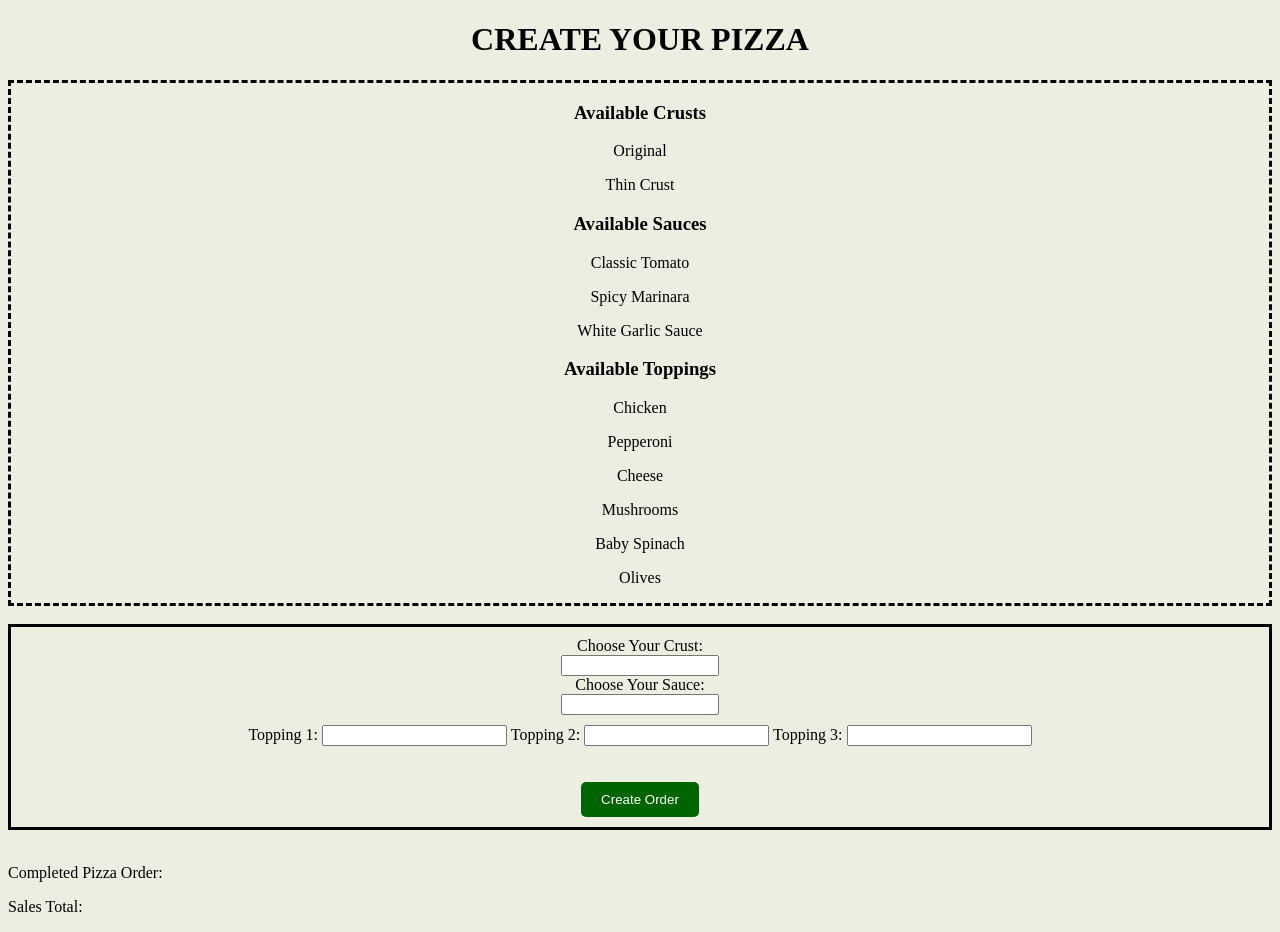
Repository: EmmanuelMefor/Pizza-order
Page: index.html
These files come from the project's save history. The page is drawn as it stood at one moment and after the next save; the edit follows.
The browser window is 1280 px wide. The pictures show the whole page.
The pointer rests on the first visible `#btn`.
Some web fonts or font styles are not loaded; a fallback is used.

Above is the page before, as saved 2024-01-05 21:05:14.
Console error: ReferenceError: Btn is not defined

After the next save:
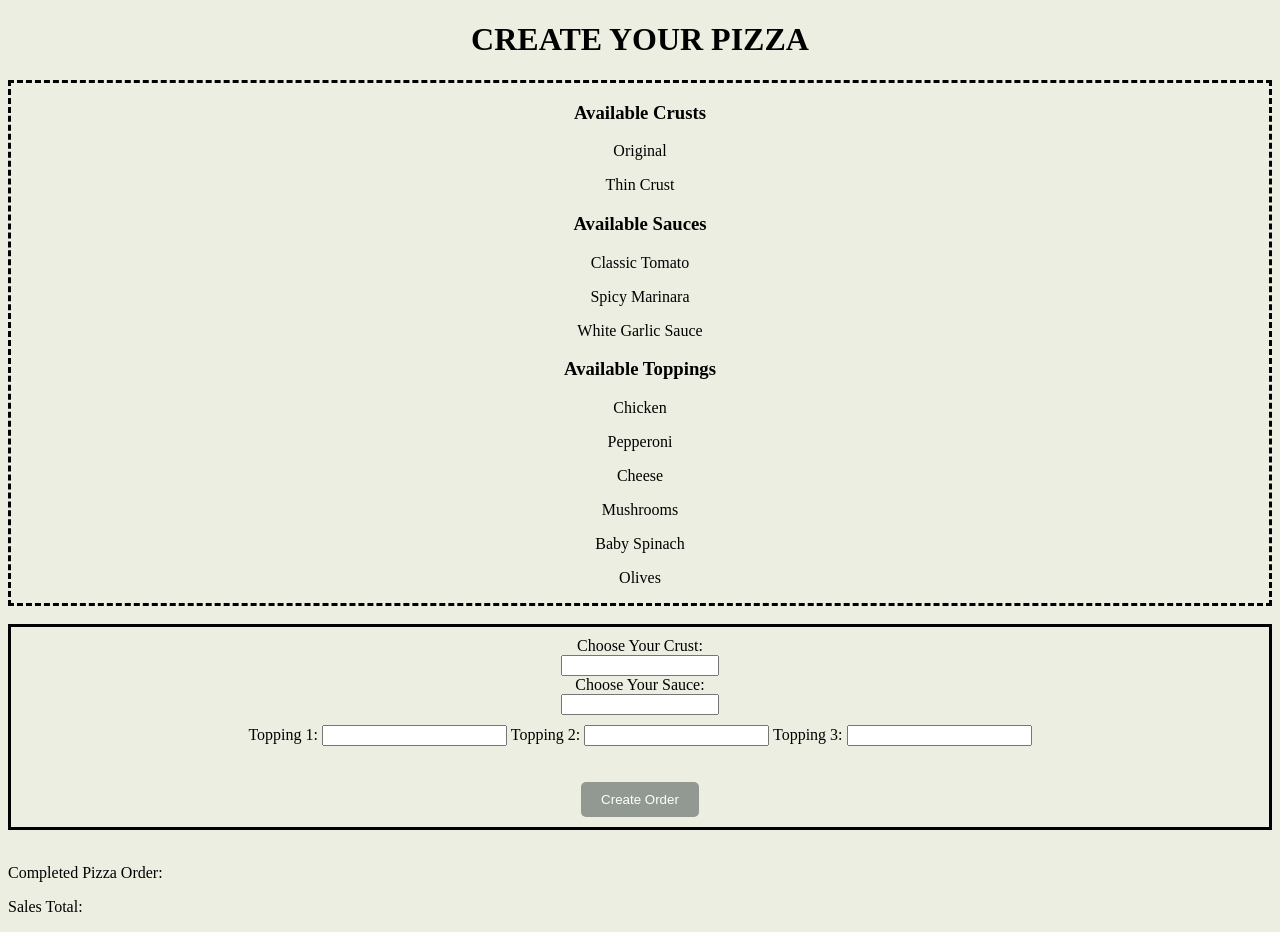
Saved 12 s later.
--- a/style.css
+++ b/style.css
@@ -54,5 +54,5 @@ form {
 }
 
 #btn:hover {
-  background-color: darkgreen; /* Change the color on hover */
+  background-color: rgb(146, 152, 146); /* Change the color on hover */
 }
